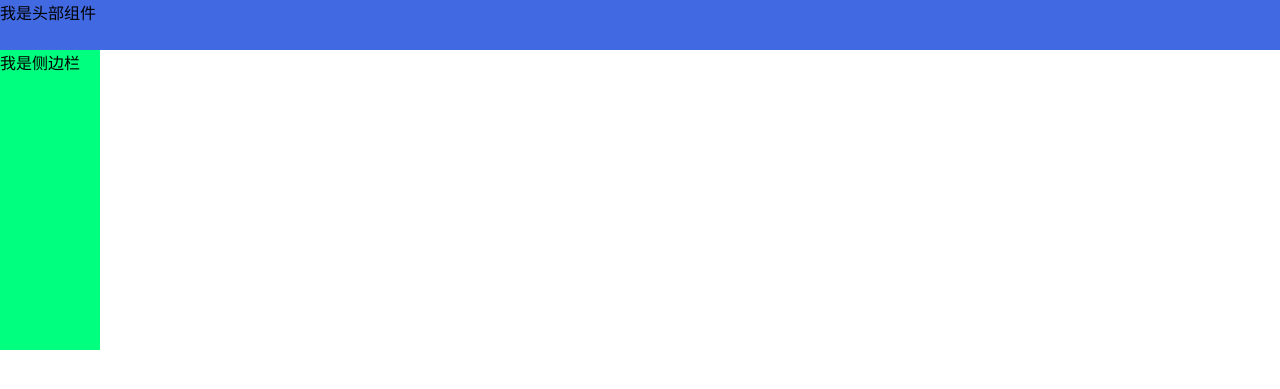
Repository: wujingwenwu/lianxi
Page: /
An editor plug-in stored every save of this project. The page is shown before and after the next save, followed by the edit.
The browser window is 1280 px wide. The pictures show the whole page.
The project was rebuilt for these pictures with package versions that can differ from the ones it lists, and the page was loaded fresh each time.

Above is the page before, as saved 2020-06-04 21:59:45.

### src/App.vue
<template>
  <div id="app">
  <keep-alive include="Home,Detail">
     <router-view/>
  </keep-alive>

  </div>
</template>

<style lang="scss">
*{
  margin: 0;
  padding: 0;
}
</style>

### src/router/index.js
import Vue from 'vue'
import VueRouter from 'vue-router'
import Home from '../views/Home.vue'

Vue.use(VueRouter)
  const routes = [
    {
     path:'/home',
     redirect:'/'
    },
    {
      path: '/',
      name: 'Parent',
      component: () => import('../views/paeent/Parent'),
      children:[
        {
          path: 'child',
          name: 'child',
          component: () => import('../views/child/Child'),
        }

      ]
    },
    {
      path: '/detail',
      name: 'detail',
      component: () => import('../views/detail/Detail')
    },
  {
    path: '/home',
    name: 'Home',
    component: Home
  },
  {
    path: '/about',
    name: 'About',
    component: () => import('../views/About.vue')
  },


  {
    path:'*',
    component: () => import('../views/err/Err')
  }
]

const router = new VueRouter({
  mode: 'history',
  base: process.env.BASE_URL,
  routes
})

export default router

### src/views/paeent/Parent.vue
<template>
 <div>
   <div class="item">我是头部组件</div>
   <div class="item1">我是侧边栏</div>
   <router-view></router-view>
 </div>
</template>

<script>
 export default {
   name:'',
   props:{

    },
   data () {
     return {

   }
   },
   components: {

   },
   methods: {

   },
   mounted() {

   },
   watch: {

   },
   computed: {

   }
 }
</script>

<style scoped lang='scss'>
.item{
    width: 100%;
    height: 50px;
    background: royalblue;
}
.item1{
    width: 100px;
    height: 300px;
    background: springgreen;
}
</style>

### src/views/Home.vue
<template>
 <div>
  <div>
  <input type="text">
  <button @click="toGo">下个页面</button>
 </div>

 </div>
</template>

<script>
 export default {
   name:'Home',
   props:{

    },
   data () {
     return {

   }
   },
   components: {

   },
   methods: {
         toGo() {
         this.$router.push('/detail')
       }
   },
   mounted() {

   },
   watch: {

   },
   computed: {

   }
 }
</script>

<style scoped lang='scss'>

</style>

Loaded but not shown: public/index.html (common file); src/main.js (common file); src/store/index.js (common file)

After the next save:
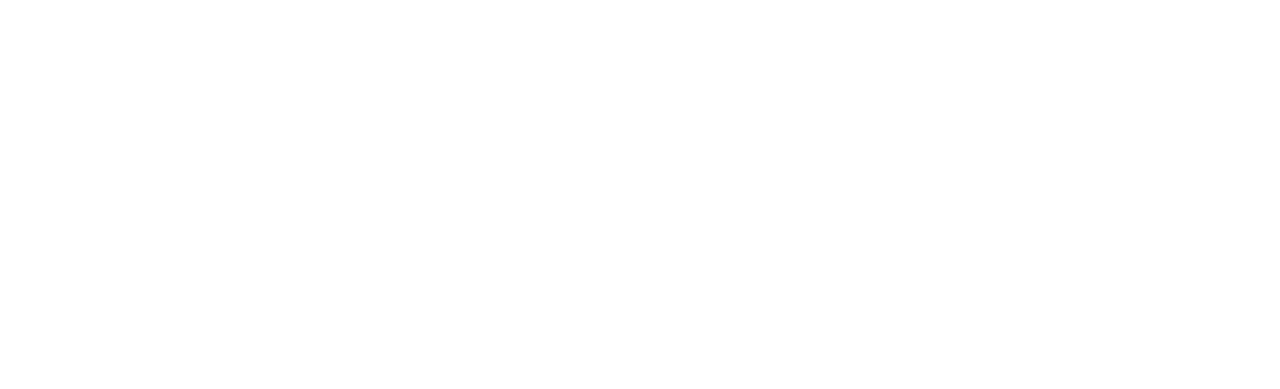
Console error: ReferenceError: meta is not defined
Saved 5 min 15 s later.
--- a/src/router/index.js
+++ b/src/router/index.js
@@ -17,6 +17,7 @@
           path: 'child',
           name: 'child',
           component: () => import('../views/child/Child'),
+          meta
         }
 
       ]

After the 3 saves that followed:
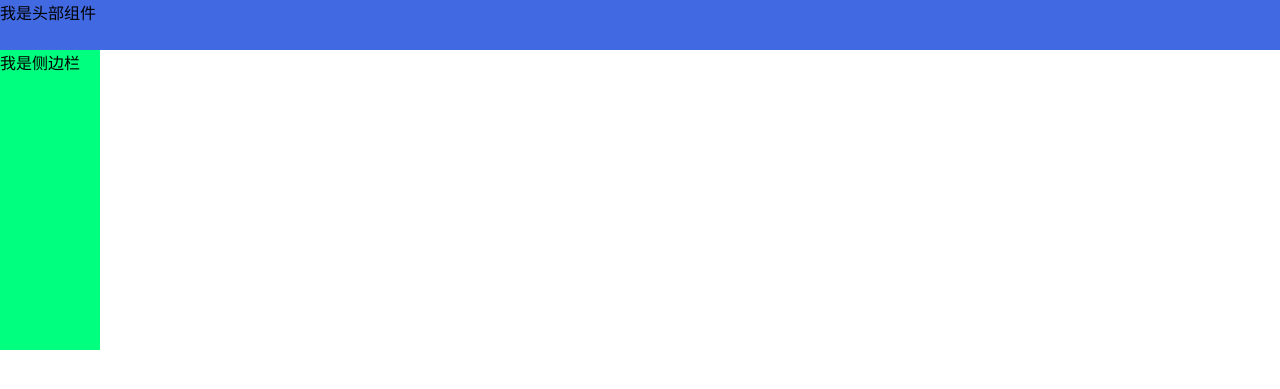
The error is gone.
The 3 saves are shown as one change because 2 left the picture as it was.
The last was saved 3 min 6 s later.
--- a/src/router/index.js
+++ b/src/router/index.js
@@ -17,7 +17,9 @@
           path: 'child',
           name: 'child',
           component: () => import('../views/child/Child'),
-          meta
+          meta:{
+            title:'首页'
+          }
         }
 
       ]
@@ -50,5 +52,8 @@
   base: process.env.BASE_URL,
   routes
 })
-
+router.beforeEach((to, from, next) => {
+  document.title= to.meta.title
+  next()
+})
 export default router
